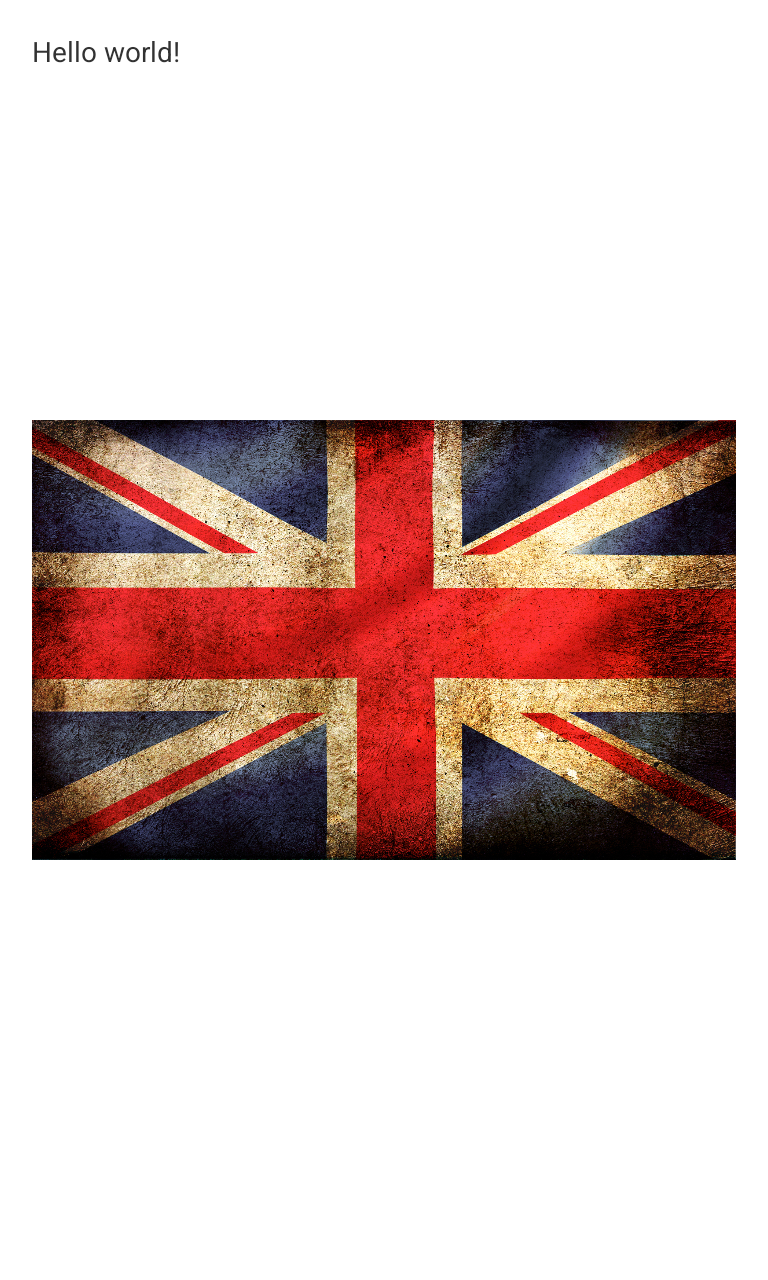
Repository: iptomar/letrinhas_documentacao
Layout: Letrinhas/APP/Prototipos/Letrinhas0.1/Versao 0.1/DemoInternacionalizacao/Internacionalizacao/res/layout/fragment_main.xml
The author's editor kept a copy of each file at every save. The layout is drawn from the files as they stood at one save, then again after the next save.
It is drawn on a 768 x 1280 px phone screen (xhdpi) without system bars, with theme AppTheme; the app's code is not run.

Above is the layout before, as saved 2014-03-26 15:52:31.

### Letrinhas/APP/Prototipos/Letrinhas0.1/Versao 0.1/DemoInternacionalizacao/Internacionalizacao/res/layout/fragment_main.xml
<RelativeLayout xmlns:android="http://schemas.android.com/apk/res/android"
    xmlns:tools="http://schemas.android.com/tools"
    android:layout_width="match_parent"
    android:layout_height="match_parent"
    android:paddingBottom="@dimen/activity_vertical_margin"
    android:paddingLeft="@dimen/activity_horizontal_margin"
    android:paddingRight="@dimen/activity_horizontal_margin"
    android:paddingTop="@dimen/activity_vertical_margin"
    tools:context="com.example.internacionalizacao.MainActivity$PlaceholderFragment" >

    <TextView
        android:id="@+id/textView1"
        android:layout_width="wrap_content"
        android:layout_height="wrap_content"
        android:text="@string/hello_world" />

    <ImageView
        android:id="@+id/imageView1"
        android:layout_width="wrap_content"
        android:layout_height="wrap_content"
        android:layout_alignLeft="@+id/textView1"
        android:src="@drawable/imagem_inicial" android:contentDescription="TODO"/>

</RelativeLayout>

### Letrinhas/APP/Prototipos/Letrinhas0.1/Versao 0.1/DemoInternacionalizacao/Internacionalizacao/res/values/strings.xml
<?xml version="1.0" encoding="utf-8"?>
<resources>

    <string name="app_name">internationalization - England</string>
    <string name="hello_world">Hello world!</string>
    <string name="action_settings">Settings</string>
    <string name="bt_teste">Does nothing</string>

</resources>

Loaded but not shown: Letrinhas/APP/Prototipos/Letrinhas0.1/Versao 0.1/DemoInternacionalizacao/Internacionalizacao/res/values/styles.xml (common file); Letrinhas/APP/Prototipos/Letrinhas0.1/Versao 0.1/DemoInternacionalizacao/Internacionalizacao/res/values-v11/styles.xml (common file); Letrinhas/APP/Prototipos/Letrinhas0.1/Versao 0.1/DemoInternacionalizacao/Internacionalizacao/res/values-v14/styles.xml (common file); Letrinhas/APP/Prototipos/Letrinhas0.1/Versao 0.1/DemoInternacionalizacao/Internacionalizacao/res/values/dimens.xml (common file); Letrinhas/APP/Prototipos/Letrinhas0.1/Versao 0.1/DemoInternacionalizacao/Internacionalizacao/res/values-w820dp/dimens.xml (common file)

After the next save:
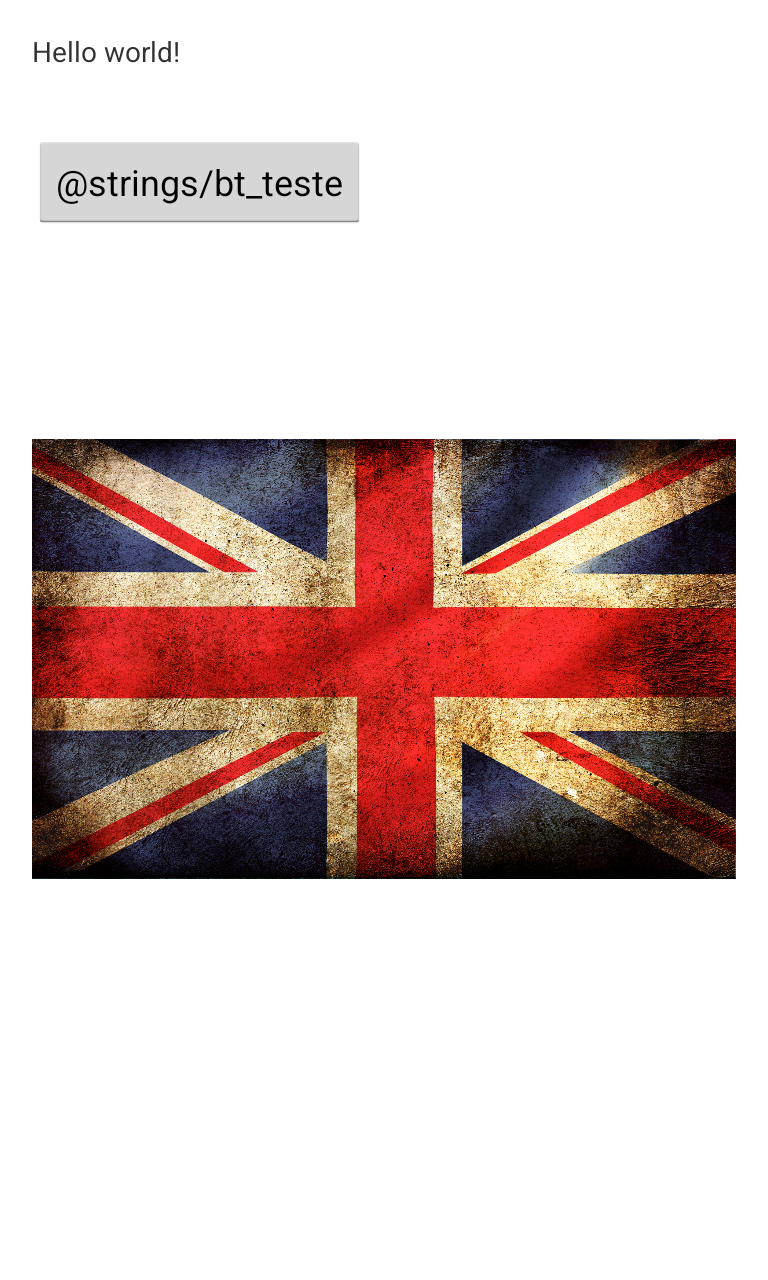
Saved 115 s later.
--- a/Letrinhas/APP/Prototipos/Letrinhas0.1/Versao 0.1/DemoInternacionalizacao/Internacionalizacao/res/layout/fragment_main.xml
+++ b/Letrinhas/APP/Prototipos/Letrinhas0.1/Versao 0.1/DemoInternacionalizacao/Internacionalizacao/res/layout/fragment_main.xml
@@ -19,6 +19,16 @@
         android:layout_width="wrap_content"
         android:layout_height="wrap_content"
         android:layout_alignLeft="@+id/textView1"
-        android:src="@drawable/imagem_inicial" android:contentDescription="TODO"/>
+        android:layout_below="@+id/textView1"
+        android:contentDescription="TODO"
+        android:src="@drawable/imagem_inicial" />
+
+    <Button
+        android:id="@+id/button1"
+        android:layout_width="wrap_content"
+        android:layout_height="wrap_content"
+        android:layout_alignTop="@+id/imageView1"
+        android:layout_marginTop="32dp"
+        android:text="@strings/bt_teste" />
 
 </RelativeLayout>
